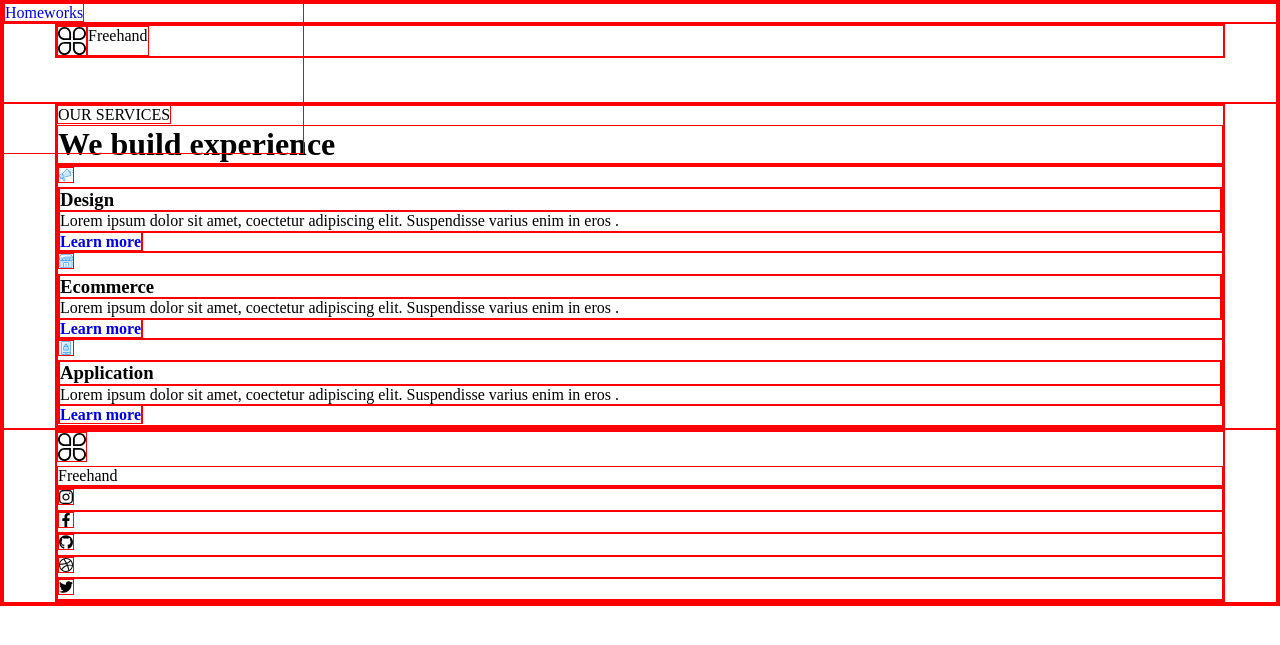
Repository: Tsiniavska/beetroot-test-project
Page: Homeworks/svg/index.html
An editor plug-in stored every save of this project. The page is shown before and after the next save, followed by the edit.
The browser window is 1280 px wide. The pictures show the whole page.
Some web fonts or font styles are not loaded; a fallback is used.

Above is the page before, as saved 2024-02-28 18:47:21.

### Homeworks/svg/index.html
<!DOCTYPE html>
<html lang="en">
  <head>
    <meta charset="UTF-8" />
    <meta name="viewport" content="width=device-width, initial-scale=1.0" />
    <title>SVG</title>
    <!-- Fonts -->

    <link rel="preconnect" href="https://fonts.googleapis.com" />
    <link rel="preconnect" href="https://fonts.gstatic.com" crossorigin />
    <link
      href="https://fonts.googleapis.com/css2?family=Nunito+Sans:ital,opsz,wght@0,6..12,200..1000;1,6..12,200..1000&family=Roboto&display=swap"
      rel="stylesheet"
    />
    <link rel="preconnect" href="https://fonts.googleapis.com" />
    <link rel="preconnect" href="https://fonts.gstatic.com" crossorigin />
    <link
      href="https://fonts.googleapis.com/css2?family=Quicksand:wght@500&display=swap"
      rel="stylesheet"
    />

    <!-- Styles -->
    <link rel="stylesheet" href="../../styles/normalize.css" />
    <link rel="stylesheet" href="../../styles/main.css" />
    <link rel="stylesheet" href="./index.css" />
    <link rel="stylesheet" href="./variables.css" />
  </head>
  <body>
    <!-- Icons -->
    <svg
      aria-hidden="true"
      style="position: absolute; overflow: hidden"
      xmlns="http://www.w3.org/2000/svg"
      xmlns:xlink="http://www.w3.org/1999/xlink"
    >
      <defs>
        <symbol id="icon-logo" viewBox="0 0 32 32">
          <path
            d="M7.467 0c-4.124 0-7.467 3.343-7.467 7.467s3.343 7.467 7.467 7.467v0h6.4c0.589 0 1.067-0.478 1.067-1.067v0-6.4c0-4.124-3.343-7.467-7.467-7.467v0zM2.133 7.467c0-2.946 2.388-5.333 5.333-5.333s5.333 2.388 5.333 5.333v0 5.333h-5.333c-2.946 0-5.333-2.388-5.333-5.333v0zM7.467 32c-4.124 0-7.467-3.343-7.467-7.467s3.343-7.467 7.467-7.467v0h6.4c0.589 0 1.067 0.478 1.067 1.067v0 6.4c0 4.124-3.343 7.467-7.467 7.467v0zM2.133 24.533c0 2.945 2.388 5.333 5.333 5.333s5.333-2.388 5.333-5.333v0-5.333h-5.333c-2.946 0-5.333 2.388-5.333 5.333v0zM32 7.467c0-4.124-3.343-7.467-7.467-7.467s-7.467 3.343-7.467 7.467v0 6.4c0 0.589 0.478 1.067 1.067 1.067v0h6.4c4.124 0 7.467-3.343 7.467-7.467v0zM24.533 2.133c2.945 0 5.333 2.388 5.333 5.333s-2.388 5.333-5.333 5.333v0h-5.333v-5.333c0-2.946 2.388-5.333 5.333-5.333v0zM24.533 32c4.124 0 7.467-3.343 7.467-7.467s-3.343-7.467-7.467-7.467v0h-6.4c-0.589 0-1.067 0.478-1.067 1.067v0 6.4c0 4.124 3.343 7.467 7.467 7.467v0zM29.867 24.533c0 2.945-2.388 5.333-5.333 5.333s-5.333-2.388-5.333-5.333v0-5.333h5.333c2.945 0 5.333 2.388 5.333 5.333v0z"
          ></path>
        </symbol>
        <symbol id="icon-twitter" viewBox="0 0 32 32">
          <path
            d="M28.711 9.482c0.020 0.284 0.020 0.569 0.020 0.853 0 8.67-6.599 18.66-18.66 18.66-3.716 0-7.168-1.076-10.071-2.944 0.528 0.061 1.036 0.081 1.584 0.081 3.066 0 5.888-1.036 8.142-2.802-2.883-0.061-5.3-1.949-6.132-4.548 0.406 0.061 0.812 0.102 1.239 0.102 0.589 0 1.178-0.081 1.726-0.223-3.005-0.609-5.259-3.249-5.259-6.437v-0.081c0.873 0.487 1.888 0.792 2.964 0.832-1.766-1.178-2.924-3.188-2.924-5.462 0-1.218 0.325-2.335 0.893-3.31 3.228 3.98 8.081 6.579 13.523 6.863-0.101-0.487-0.162-0.995-0.162-1.502 0-3.614 2.924-6.558 6.558-6.558 1.888 0 3.594 0.792 4.792 2.071 1.482-0.284 2.904-0.833 4.163-1.584-0.487 1.523-1.523 2.802-2.883 3.614 1.32-0.142 2.599-0.508 3.777-1.015-0.893 1.299-2.010 2.457-3.289 3.391z"
          ></path>
        </symbol>
        <symbol id="icon-facebook" viewBox="0 0 32 32">
          <path
            d="M23.446 18l0.889-5.791h-5.557v-3.758c0-1.584 0.776-3.129 3.265-3.129h2.526v-4.931c0 0-2.293-0.391-4.484-0.391-4.576 0-7.567 2.774-7.567 7.795v4.414h-5.087v5.791h5.087v14h6.261v-14h4.668z"
          ></path>
        </symbol>
        <symbol id="icon-instagram" viewBox="0 0 32 32">
          <path
            d="M16.004 7.797c-4.54 0-8.203 3.662-8.203 8.203s3.662 8.203 8.203 8.203 8.203-3.662 8.203-8.203c0-4.54-3.662-8.203-8.203-8.203zM16.004 21.333c-2.934 0-5.333-2.392-5.333-5.333s2.392-5.333 5.333-5.333 5.333 2.392 5.333 5.333c0 2.941-2.399 5.333-5.333 5.333zM26.455 7.462c0 1.064-0.857 1.913-1.913 1.913-1.064 0-1.913-0.857-1.913-1.913s0.857-1.913 1.913-1.913c1.057 0 1.913 0.857 1.913 1.913zM31.887 9.404c-0.121-2.563-0.707-4.833-2.584-6.703-1.87-1.87-4.14-2.456-6.703-2.584-2.641-0.15-10.558-0.15-13.2 0-2.556 0.121-4.826 0.707-6.703 2.577s-2.456 4.141-2.584 6.703c-0.15 2.641-0.15 10.558 0 13.2 0.121 2.563 0.707 4.833 2.584 6.703s4.141 2.456 6.703 2.584c2.641 0.15 10.558 0.15 13.2 0 2.563-0.121 4.833-0.707 6.703-2.584 1.87-1.87 2.456-4.141 2.584-6.703 0.15-2.641 0.15-10.551 0-13.193zM28.475 25.431c-0.557 1.399-1.635 2.477-3.041 3.041-2.106 0.835-7.103 0.642-9.43 0.642s-7.332 0.186-9.43-0.642c-1.399-0.557-2.477-1.635-3.041-3.041-0.835-2.106-0.643-7.103-0.643-9.431s-0.186-7.332 0.643-9.43c0.557-1.399 1.635-2.477 3.041-3.041 2.106-0.835 7.103-0.643 9.43-0.643s7.332-0.186 9.43 0.643c1.399 0.557 2.477 1.635 3.041 3.041 0.835 2.106 0.643 7.103 0.643 9.43s0.193 7.332-0.643 9.431z"
          ></path>
        </symbol>
        <symbol id="icon-github" viewBox="0 0 32 32">
          <path
            d="M10.703 25.522c0 0.129-0.148 0.232-0.335 0.232-0.213 0.019-0.361-0.084-0.361-0.232 0-0.129 0.148-0.232 0.335-0.232 0.194-0.019 0.361 0.084 0.361 0.232zM8.697 25.232c-0.045 0.129 0.084 0.277 0.277 0.316 0.168 0.065 0.361 0 0.4-0.129s-0.084-0.277-0.277-0.336c-0.168-0.045-0.355 0.019-0.4 0.148zM11.548 25.122c-0.187 0.045-0.316 0.168-0.297 0.316 0.019 0.129 0.187 0.213 0.381 0.168 0.187-0.045 0.316-0.168 0.297-0.297-0.019-0.123-0.194-0.206-0.381-0.187zM15.794 0.4c-8.948 0-15.794 6.794-15.794 15.742 0 7.155 4.503 13.277 10.935 15.432 0.826 0.148 1.116-0.361 1.116-0.781 0-0.4-0.019-2.607-0.019-3.961 0 0-4.516 0.968-5.465-1.923 0 0-0.736-1.877-1.794-2.361 0 0-1.477-1.013 0.103-0.993 0 0 1.606 0.129 2.49 1.664 1.413 2.49 3.781 1.774 4.703 1.348 0.148-1.032 0.568-1.748 1.032-2.174-3.606-0.4-7.245-0.923-7.245-7.129 0-1.774 0.49-2.665 1.523-3.8-0.168-0.419-0.716-2.148 0.168-4.381 1.348-0.419 4.452 1.742 4.452 1.742 1.29-0.361 2.677-0.548 4.052-0.548s2.761 0.187 4.052 0.548c0 0 3.103-2.168 4.452-1.742 0.884 2.239 0.336 3.961 0.168 4.381 1.032 1.142 1.664 2.032 1.664 3.8 0 6.226-3.8 6.723-7.406 7.129 0.594 0.51 1.097 1.477 1.097 2.993 0 2.174-0.019 4.865-0.019 5.394 0 0.419 0.297 0.929 1.116 0.781 6.452-2.142 10.826-8.264 10.826-15.419 0-8.948-7.258-15.742-16.206-15.742zM6.271 22.651c-0.084 0.064-0.064 0.213 0.045 0.335 0.103 0.103 0.252 0.148 0.335 0.065 0.084-0.065 0.064-0.213-0.045-0.336-0.103-0.103-0.252-0.148-0.335-0.064zM5.574 22.129c-0.045 0.084 0.019 0.187 0.148 0.252 0.103 0.064 0.232 0.045 0.277-0.045 0.045-0.084-0.019-0.187-0.148-0.252-0.129-0.039-0.232-0.019-0.277 0.045zM7.665 24.425c-0.103 0.084-0.064 0.277 0.084 0.4 0.148 0.148 0.336 0.168 0.419 0.065 0.084-0.084 0.045-0.277-0.084-0.4-0.142-0.148-0.335-0.168-0.419-0.065zM6.929 23.477c-0.103 0.064-0.103 0.232 0 0.381s0.277 0.213 0.361 0.148c0.103-0.084 0.103-0.252 0-0.4-0.090-0.148-0.258-0.213-0.361-0.129z"
          ></path>
        </symbol>
        <symbol id="icon-dribbble" viewBox="0 0 32 32">
          <path
            d="M16 0c-8.822 0-16 7.178-16 16s7.178 16 16 16c8.822 0 16-7.178 16-16s-7.178-16-16-16zM26.579 7.378c1.903 2.326 3.056 5.288 3.086 8.513-0.451-0.095-4.969-1.012-9.516-0.44-0.371-0.906-0.721-1.703-1.201-2.685 5.053-2.063 7.343-4.999 7.631-5.389zM25.059 5.798c-0.246 0.35-2.303 3.115-7.163 4.937-2.239-4.115-4.722-7.495-5.099-8.001 4.334-1.045 8.901 0.082 12.262 3.064zM10.19 3.653c0.36 0.494 2.802 3.878 5.067 7.904-6.393 1.698-12.023 1.673-12.634 1.665 0.886-4.241 3.744-7.765 7.568-9.569zM2.334 16.021c0-0.14 0.003-0.279 0.007-0.418 0.598 0.012 7.221 0.098 14.046-1.945 0.391 0.766 0.765 1.543 1.108 2.319-4.942 1.392-9.432 5.389-11.647 9.181-2.183-2.423-3.513-5.628-3.513-9.138zM7.611 26.802c1.428-2.918 5.302-6.685 10.811-8.565 1.919 4.986 2.712 9.165 2.915 10.364-4.394 1.872-9.678 1.358-13.727-1.799zM23.636 27.35c-0.14-0.831-0.867-4.832-2.655-9.744 4.283-0.685 8.045 0.437 8.513 0.584-0.609 3.803-2.792 7.087-5.858 9.16z"
          ></path>
        </symbol>
        <symbol id="icon-phone" viewBox="0 0 32 32">
          <path
            class="icon-change-color"
            fill="#d1e7ff"
            style="fill: var(--color1, #d1e7ff)"
            d="M23.839 0.533c1.259 0 2.28 0.955 2.28 2.133v26.667c0 1.178-1.021 2.133-2.28 2.133h-15.678c-1.259 0-2.28-0.955-2.28-2.133v-26.667c0-1.178 1.021-2.133 2.28-2.133h15.678z"
          ></path>
          <path
            class="icon-change-color"
            fill="#b9dcff"
            style="fill: var(--color2, #b9dcff)"
            d="M19.586 11.981c0.546 0 1.003 0.385 1.063 0.892l0.762 6.552c0.069 0.591-0.426 1.108-1.063 1.108h-8.697c-0.636 0-1.132-0.517-1.063-1.108l0.762-6.552c0.059-0.507 0.517-0.892 1.063-0.892h7.172z"
          ></path>
          <path
            class="icon-change-color"
            fill="#e8f3ff"
            style="fill: var(--color3, #e8f3ff)"
            d="M23.947 0.536c1.834 0.080 1.737 2.664-0.099 2.664h-7.42c-4.251 0-7.696 3.224-7.696 7.2v21.067h-0.57c-1.259 0-2.28-0.955-2.28-2.133v-26.667c0-1.178 1.021-2.133 2.28-2.133 0.103 0 15.702-0.001 15.786 0.002z"
          ></path>
          <path
            class="icon-change-color"
            fill="#b9dcff"
            style="fill: var(--color2, #b9dcff)"
            d="M26.119 26.8v2.533c0 1.178-1.021 2.133-2.28 2.133h-15.678c-1.259 0-2.28-0.955-2.28-2.133v-2.533h20.238z"
          ></path>
          <path
            class="icon-change-color"
            fill="#d1e7ff"
            style="fill: var(--color1, #d1e7ff)"
            d="M8.731 26.8v2.541c0 1.737-2.85 1.826-2.85-0.008v-2.533h2.85z"
          ></path>
          <path
            class="icon-change-color"
            fill="#d1e7ff"
            style="fill: var(--color1, #d1e7ff)"
            d="M19.586 13.981c-3.453 0-6.276 2.432-6.64 5.565-0.065 0.562-0.572 0.987-1.176 0.987h-0.118c-0.636 0-1.132-0.517-1.063-1.108l0.762-6.552c0.059-0.507 0.517-0.892 1.063-0.892h7.172c0.545 0 1.003 0.384 1.063 0.892 0.069 0.593-0.427 1.108-1.062 1.108z"
          ></path>
          <path
            class="icon-change-color"
            fill="#007ffc"
            style="fill: var(--color4, #007ffc)"
            d="M23.839 0h-15.678c-1.572 0-2.85 1.196-2.85 2.667v26.667c0 1.47 1.279 2.667 2.85 2.667h15.678c1.572 0 2.851-1.196 2.851-2.667v-26.667c0-1.47-1.279-2.667-2.851-2.667zM23.839 30.933h-15.678c-0.943 0-1.71-0.718-1.71-1.6v-26.667c0-0.882 0.767-1.6 1.71-1.6h15.678c0.943 0 1.71 0.718 1.71 1.6v23.6h-16.319c-0.315 0-0.57 0.239-0.57 0.533s0.255 0.533 0.57 0.533h16.319v2c0 0.882-0.767 1.6-1.71 1.6zM17.283 29c0 0.295-0.255 0.533-0.57 0.533h-1.425c-0.315 0-0.57-0.239-0.57-0.533s0.255-0.533 0.57-0.533h1.425c0.315 0 0.57 0.239 0.57 0.533zM11.652 21.067h8.697c0.975 0 1.735-0.793 1.629-1.699l-0.762-6.552c-0.091-0.779-0.791-1.367-1.629-1.367h-0.528v-0.987c-0-1.578-1.372-2.861-3.058-2.861s-3.058 1.283-3.058 2.861v0.987h-0.528c-0.838 0-1.539 0.588-1.629 1.367l-0.762 6.552c-0.106 0.907 0.655 1.699 1.629 1.699zM11.156 19.483l0.762-6.552c0.028-0.237 0.241-0.416 0.496-0.416h0.528v0.832c0 0.295 0.255 0.533 0.57 0.533s0.57-0.239 0.57-0.533v-2.886c0-0.989 0.86-1.794 1.918-1.794s1.918 0.805 1.918 1.794v0.987h-2.466c-0.315 0-0.57 0.239-0.57 0.533s0.255 0.533 0.57 0.533h2.466v0.832c0 0.295 0.255 0.533 0.57 0.533s0.57-0.239 0.57-0.533v-0.832h0.528c0.255 0 0.468 0.179 0.496 0.416l0.762 6.552c0.032 0.276-0.198 0.517-0.496 0.517h-8.697c-0.297 0-0.528-0.24-0.496-0.517z"
          ></path>
        </symbol>
        <symbol id="icon-megaphone" viewBox="0 0 32 32">
          <path
            fill="#d1e7ff"
            style="fill: var(--color1, #d1e7ff)"
            d="M27.482 15.2c0.639 1.036-0.127 2.337-1.405 2.383-4.667 0.171-9.425 1.261-13.911 3.408l-1.483 0.801c0 0.006-0.020-0.033 3.591 5.843 0.331 0.538 0.135 1.224-0.439 1.535l-1.17 0.632c-0.574 0.31-1.309 0.126-1.64-0.412l-3.602-5.836-0.585 0.316c-1.149 0.62-2.617 0.252-3.281-0.823l-2.701-4.377c-0.663-1.075-0.269-2.449 0.879-3.069l5.329-2.878c4.072-2.464 7.523-5.728 10.11-9.566 0.682-1.012 2.269-0.983 2.909 0.053l2.311 3.746c1.328-0.717 3.027-0.291 3.793 0.951s0.311 2.831-1.017 3.548l2.312 3.746z"
          ></path>
          <path
            fill="#d1e7ff"
            style="fill: var(--color1, #d1e7ff)"
            d="M26.186 7.906c0.767 1.242 0.311 2.831-1.017 3.548l-2.777-4.499c1.328-0.717 3.027-0.291 3.793 0.951z"
          ></path>
          <path
            fill="#e8f3ff"
            style="fill: var(--color3, #e8f3ff)"
            d="M20.082 3.209c0.319 0.517 0.299 1.159-0.054 1.657-2.848 4.014-6.664 7.641-11.332 10.466l-6.243 3.372c-0.429 0.232-0.768 0.553-1.005 0.924l-0.592-0.959c-0.663-1.075-0.269-2.449 0.879-3.069l5.329-2.878c4.072-2.464 7.523-5.728 10.11-9.566 0.682-1.012 2.269-0.983 2.909 0.053z"
          ></path>
          <path
            fill="#b9dcff"
            style="fill: var(--color2, #b9dcff)"
            d="M7.063 12.723l5.103 8.269c-1.023 0.552-4.308 2.326-5.329 2.878-1.149 0.62-2.617 0.252-3.281-0.823l-2.701-4.377c-0.663-1.075-0.269-2.449 0.879-3.069l5.329-2.878z"
          ></path>
          <path
            fill="#d1e7ff"
            style="fill: var(--color1, #d1e7ff)"
            d="M8.679 15.341c-6.781 3.662-6.331 3.407-6.55 3.566-0.412 0.3-1.013 0.185-1.274-0.238-0.663-1.075-0.269-2.449 0.879-3.069l5.329-2.878 1.616 2.619z"
          ></path>
          <path
            fill="#b9dcff"
            style="fill: var(--color2, #b9dcff)"
            d="M11.653 23.373c-1.897 1.028-0.501 0.271-3.257 1.759l-0.975-1.578 3.261-1.761 0.971 1.58z"
          ></path>
          <path
            fill="#b9dcff"
            style="fill: var(--color2, #b9dcff)"
            d="M26.020 10.741c-0.22 0.283-0.506 0.528-0.851 0.713l-2.777-4.499c0.345-0.186 0.715-0.295 1.086-0.332 0.14 0.226 2.419 3.921 2.541 4.118z"
          ></path>
          <path
            fill="#007ffc"
            style="fill: var(--color4, #007ffc)"
            d="M25.877 11.602c2.081-1.591 1.362-4.736-1.238-5.388-0.68-0.17-1.383-0.135-2.028 0.095l-2.067-3.349c-0.841-1.363-2.927-1.399-3.822-0.070-2.542 3.772-5.928 6.98-9.949 9.414-0.229 0.138-0.314 0.424-0.178 0.657 0.022 0.037 3.445 5.583 3.468 5.62 0.147 0.239 0.473 0.32 0.729 0.183s0.342-0.443 0.195-0.682l-3.21-5.202c3.834-2.397 7.229-5.571 9.848-9.458 0.468-0.695 1.557-0.674 1.996 0.037l7.4 11.991c0.439 0.711-0.087 1.604-0.964 1.636-4.917 0.179-9.732 1.356-14.133 3.462-0.019 0.009-5.009 2.705-5.353 2.89-0.892 0.482-2.037 0.195-2.552-0.64l-2.701-4.378c-0.515-0.834-0.208-1.905 0.684-2.387l3.251-1.756c0.255-0.138 0.342-0.443 0.195-0.682s-0.474-0.32-0.729-0.183l-3.251 1.756c-1.401 0.757-1.883 2.439-1.074 3.75l2.702 4.377c0.809 1.311 2.608 1.762 4.009 1.005l0.123-0.066 3.335 5.404c0.479 0.776 1.538 1.042 2.369 0.594l1.17-0.632c0.83-0.448 1.114-1.439 0.635-2.216l-2.364-3.83c-0.147-0.239-0.474-0.32-0.729-0.183s-0.342 0.443-0.195 0.682l2.364 3.83c0.184 0.299 0.075 0.68-0.244 0.853l-1.17 0.632c-0.319 0.172-0.727 0.070-0.912-0.229l-3.335-5.404 4.27-2.307c4.179-1.997 8.828-3.171 13.677-3.347 1.681-0.061 2.686-1.771 1.846-3.132l-2.067-3.349zM25.724 8.155c0.527 0.853 0.337 1.912-0.391 2.565l-2.179-3.531c0.955-0.262 2.035 0.099 2.57 0.966zM30.941 5.937l-1.38 0.745c-0.255 0.138-0.581 0.056-0.729-0.183s-0.060-0.544 0.195-0.682l1.38-0.745c0.255-0.138 0.581-0.056 0.729 0.183s0.060 0.544-0.195 0.682zM25.006 3.093l0.337-1.175c0.076-0.266 0.369-0.424 0.653-0.353s0.453 0.345 0.377 0.611l-0.337 1.175c-0.076 0.265-0.368 0.424-0.653 0.353-0.284-0.071-0.453-0.345-0.377-0.611zM31.982 11.265c-0.064 0.223-0.279 0.37-0.515 0.37-0.096 0-0.029 0.010-1.394-0.332-0.285-0.071-0.453-0.345-0.377-0.611s0.369-0.424 0.653-0.353l1.256 0.315c0.284 0.071 0.453 0.345 0.377 0.611z"
          ></path>
        </symbol>
        <symbol id="icon-building" viewBox="0 0 32 32">
          <path
            fill="#d1e7ff"
            style="fill: var(--color1, #d1e7ff)"
            d="M29.862 12.11v16.36c0 1.102-0.955 1.995-2.133 1.995h-23.461c-1.178 0-2.133-0.893-2.133-1.995 0-15.466-0.001-12.569 0.005-16.36h27.722z"
          ></path>
          <path
            fill="#b9dcff"
            style="fill: var(--color2, #b9dcff)"
            d="M29.862 12.11v3.779c0 0.818-0.701 1.495-1.575 1.498-0.010 0-24.561 0-24.578 0-0.874-0.004-1.574-0.681-1.574-1.498 0-1.091-0.001-0.338 0.005-3.779h27.722z"
          ></path>
          <path
            fill="#e8f3ff"
            style="fill: var(--color3, #e8f3ff)"
            d="M21.397 21.549v8.916h-10.798v-8.916c0-1.102 0.955-1.995 2.133-1.995h6.532c1.178 0 2.133 0.893 2.133 1.995z"
          ></path>
          <path
            fill="#b9dcff"
            style="fill: var(--color2, #b9dcff)"
            d="M31.462 12.11c0 1.996-1.73 3.617-3.866 3.617s-3.866-1.619-3.866-3.617c0 1.997-1.731 3.617-3.866 3.617s-3.866-1.619-3.866-3.617c0 1.997-1.731 3.617-3.866 3.617s-3.866-1.619-3.866-3.617c-0.003 1.984-1.749 3.617-3.866 3.617-2.114 0-3.862-1.63-3.866-3.617 0-3.143-0.009-2.95 0.023-3.094 0.032-0.142-0.19 0.36 3.164-6.881 0.169-0.365 0.554-0.601 0.978-0.601h22.595c0.424 0 0.809 0.236 0.978 0.601 3.356 7.246 3.132 6.74 3.164 6.881 0.032 0.144 0.023-0.053 0.023 3.094z"
          ></path>
          <path
            fill="#b9dcff"
            style="fill: var(--color2, #b9dcff)"
            d="M31.462 12.11c0 1.996-1.73 3.616-3.866 3.616s-3.866-1.619-3.866-3.616c0 1.997-1.731 3.616-3.866 3.616s-3.866-1.619-3.866-3.616c0 1.997-1.731 3.616-3.866 3.616s-3.866-1.619-3.866-3.616c-0.003 1.984-1.749 3.616-3.866 3.616-2.114 0-3.862-1.63-3.866-3.616-0.005-3.16-0.004-2.971 0.023-3.094h30.88c0.032 0.144 0.023-0.053 0.023 3.094z"
          ></path>
          <path
            fill="#fff"
            style="fill: var(--color5, #fff)"
            d="M27.008 4.2c-6.77-0.872-13.603 0.246-19.129 4.142-0.622 0.439-1.38 0.675-2.159 0.675h-5.16c0.032-0.142-0.19 0.36 3.164-6.881 0.169-0.365 0.554-0.601 0.978-0.601h22.595c0.425 0 0.809 0.236 0.978 0.601l0.149 0.321c0.416 0.899-0.378 1.878-1.415 1.744z"
          ></path>
          <path
            fill="#007ffc"
            style="fill: var(--color4, #007ffc)"
            d="M30.395 17.933v10.538c0 1.375-1.196 2.494-2.666 2.494h-23.461c-1.47 0-2.666-1.119-2.666-2.494v-10.538c0-0.275 0.239-0.499 0.533-0.499s0.533 0.223 0.533 0.499v10.538c0 0.825 0.718 1.497 1.6 1.497h5.799v-8.418c0-1.375 1.196-2.494 2.666-2.494h6.532c1.47 0 2.666 1.119 2.666 2.494v6.422c0 0.275-0.239 0.499-0.533 0.499s-0.533-0.223-0.533-0.499v-6.422c0-0.825-0.718-1.497-1.6-1.497h-6.532c-0.882 0-1.6 0.671-1.6 1.497v8.418h4.332v-7.857c0-0.275 0.239-0.499 0.533-0.499s0.533 0.223 0.533 0.499v7.857h11.197c0.882 0 1.6-0.671 1.6-1.497v-10.538c0-0.275 0.239-0.499 0.533-0.499s0.533 0.223 0.533 0.499zM3.468 9.016c0 0.275 0.239 0.499 0.533 0.499 29.011 0 27.573 0.049 27.785-0.104 0.111-0.080 0.183-0.195 0.203-0.326 0.030-0.2 0.221 0.293-3.504-7.75-0.085-0.182-0.277-0.3-0.489-0.3h-23.994c-0.212 0-0.405 0.118-0.489 0.3l-3.466 7.482c-0.061 0.132-0.044-0.078-0.044 3.293 0.004 2.269 1.977 4.115 4.399 4.115 1.665 0 3.118-0.872 3.865-2.155 1.668 2.868 6.062 2.871 7.733 0.002 1.67 2.867 6.061 2.867 7.732 0 0.746 1.281 2.199 2.153 3.866 2.153 2.426 0 4.399-1.846 4.399-4.115 0-0.275-0.239-0.499-0.533-0.499s-0.533 0.223-0.533 0.499c0 1.719-1.495 3.118-3.333 3.118s-3.332-1.399-3.332-3.118c0-0.275-0.239-0.499-0.533-0.499s-0.533 0.223-0.533 0.499c0 1.719-1.495 3.118-3.333 3.118s-3.333-1.399-3.333-3.118c0-0.275-0.239-0.499-0.533-0.499s-0.533 0.223-0.533 0.499c0 1.719-1.495 3.118-3.333 3.118-1.797 0-3.332-1.351-3.332-3.143 0-0.275-0.239-0.499-0.533-0.499s-0.533 0.223-0.533 0.499c0 1.777-1.526 3.143-3.333 3.143-1.835 0-3.33-1.399-3.333-3.118v-2.99l3.283-7.087h23.294l3.004 6.485h-26.648c-0.295 0-0.533 0.223-0.533 0.499z"
          ></path>
        </symbol>
      </defs>
    </svg>

    <div class="app">
      <!-- link homeworks -->
      <div>
        <a href="../../index.html">Homeworks</a>
      </div>

      <!-- Header -->
      <header class="header">
        <div class="wrapper">
          <div class="header-wrapper">
            <svg class="icon icon-logo">
              <use xlink:href="#icon-logo"></use>
            </svg>
            <div class="header-title">Freehand</div>
          </div>
        </div>
      </header>

      <!-- Main-->
      <main class="content">
        <div class="wrapper">
          <div class="content-topic">
            <span>OUR SERVICES</span>
            <h1 class="content-title">We build experience</h1>
          </div>

          <!-- content colums -->
          <div class="content-blocks">
            <div class="content-blocks-item">
              <svg class="icon icon-megaphone icon-content-size">
                <use xlink:href="#icon-megaphone"></use>
              </svg>
              <div class="content-blocks-item-text">
                <h3>Design</h3>
                <p>
                  Lorem ipsum dolor sit amet, coectetur adipiscing elit.
                  Suspendisse varius enim in eros .
                </p>
              </div>

              <a class="content-blocks-link" href="#"><b>Learn more</b></a>
            </div>
            <div class="content-blocks-item">
              <svg class="icon icon-building icon-content-size">
                <use xlink:href="#icon-building"></use>
              </svg>
              <div class="content-blocks-item-text">
                <h3>Ecommerce</h3>
                <p>
                  Lorem ipsum dolor sit amet, coectetur adipiscing elit.
                  Suspendisse varius enim in eros .
                </p>
              </div>

              <a class="content-blocks-link" href="#"><b>Learn more</b></a>
            </div>

            <div class="content-blocks-item">
              <svg class="icon icon-phone icon-content-size">
                <use xlink:href="#icon-phone"></use>
              </svg>
              <div class="content-blocks-item-text">
                <h3>Application</h3>
                <p>
                  Lorem ipsum dolor sit amet, coectetur adipiscing elit.
                  Suspendisse varius enim in eros .
                </p>
              </div>

              <a class="content-blocks-link" href="#"><b>Learn more</b></a>
            </div>
          </div>
        </div>
      </main>

      <!-- Footer -->
      <footer class="footer">
        <div class="wrapper footer-content">
          <div class="footer-logo">
            <svg class="icon icon-logo">
              <use xlink:href="#icon-logo"></use>
            </svg>
            <div class="footer-title">Freehand</div>
          </div>
          <div class="footer-icon-block">
            <div class="footer-icon-block-item">
              <svg class="icon icon-instagram icon-footer-size">
                <use xlink:href="#icon-instagram"></use>
              </svg>
            </div>
            <div class="footer-icon-block-item">
              <svg class="icon icon-facebook icon-footer-size">
                <use xlink:href="#icon-facebook"></use>
              </svg>
            </div>
            <div class="footer-icon-block-item">
              <svg class="icon icon-github icon-footer-size">
                <use xlink:href="#icon-github"></use>
              </svg>
            </div>
            <div class="footer-icon-block-item">
              <svg class="icon icon-dribbble icon-footer-size">
                <use xlink:href="#icon-dribbble"></use>
              </svg>
            </div>
            <div class="footer-icon-block-item">
              <svg class="icon icon-twitter icon-footer-size">
                <use xlink:href="#icon-twitter"></use>
              </svg>
            </div>
          </div>
        </div>
      </footer>
    </div>
  </body>
</html>

### styles/main.css
/* Global */
* {
  /* TODO removed */
  border: 1px solid red;
  box-sizing: border-box;
  padding: 0;
  margin: 0;
}

/* Body */
body {
  font-size: 16px;
}

/* Titles */
h1,
h2,
h3,
h4,
h5,
h6 {
  margin-bottom: 0;
  margin-top: 0;
}

img {
  width: 100%;
}

a {
  text-decoration: none;
}

ul {
  list-style-type: none;
}

.icon {
  display: inline-block;
  width: 1em;
  height: 1em;
  stroke-width: 0;
  stroke: currentColor;
  fill: currentColor;
}

### Homeworks/svg/index.css
.wrapper {
  max-width: 1170px;
  width: 100%;
  margin: 0 auto;
}

.header {
  min-height: var(--h-header);
  width: 100%;
}

.header-wrapper {
  display: flex;
}

.icon-logo {
  width: 30px;
  height: 30px;
}

### Homeworks/svg/variables.css
:root {
  /* Color */
  --c-green: #3db370;
  --c-dark-blue: #16133d;
  --c-silver: #e5eaf4;
  --c-silver-2: #efeef3;
  --c-white: #ffffff;
  /* Fonts */
  --f-h1: "Nunito Sans", sans-serif;
  --f-text: "Roboto", sans-serif;
  --f-logo: "Quicksand", sans-serif;
  /* Height */
  --h-header: 80px;
  --h-footer: 210px;
}

Loaded but not shown: styles/normalize.css (library)

After the next save:
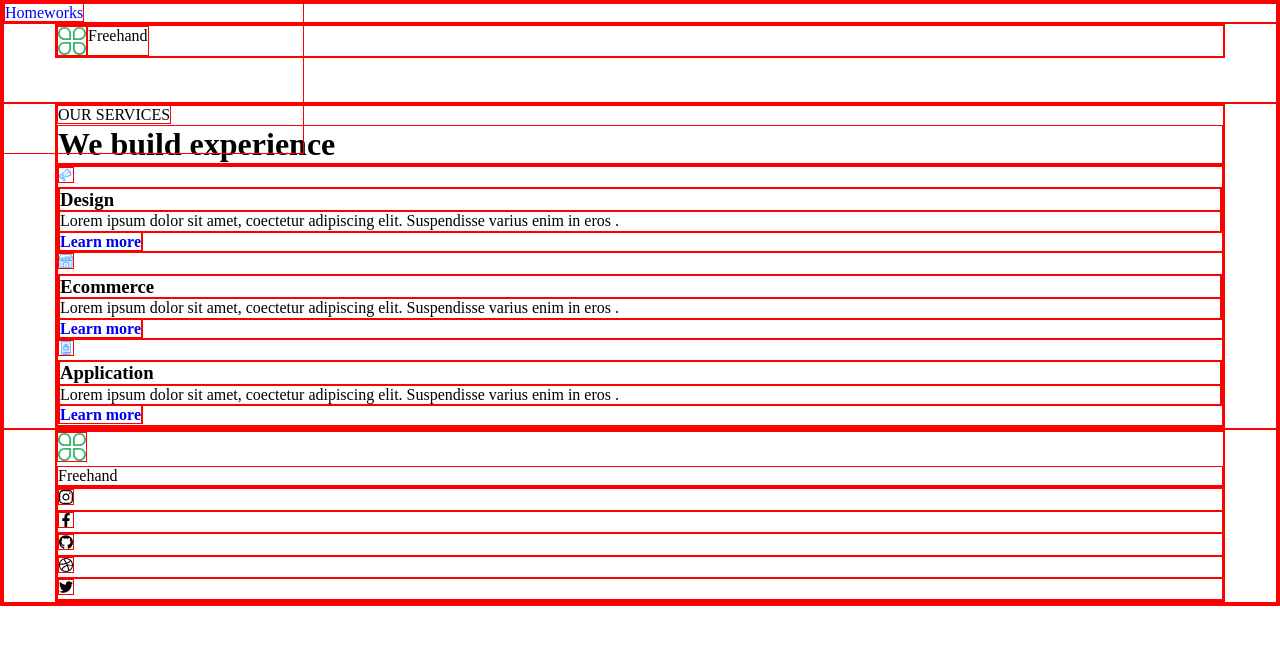
Saved 20 s later.
--- a/Homeworks/svg/index.css
+++ b/Homeworks/svg/index.css
@@ -16,4 +16,5 @@
 .icon-logo {
   width: 30px;
   height: 30px;
+  color: var(--c-green);
 }
